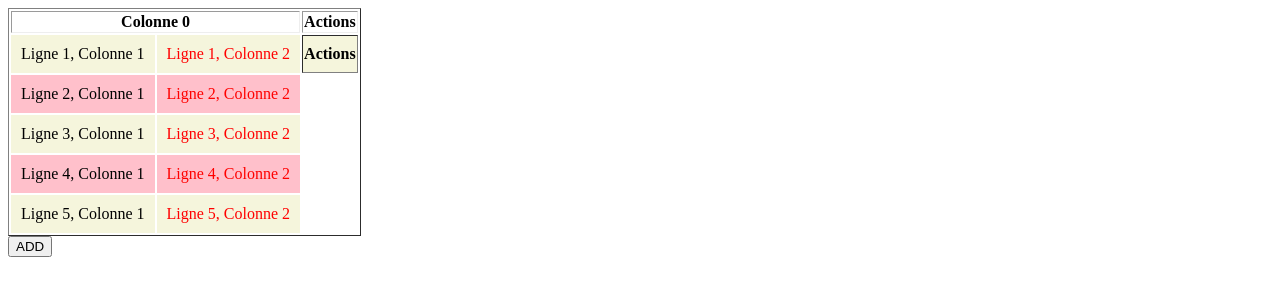
Repository: Chaimaa482/web-tp4
Page: ex1.html
An editor plug-in stored every save of this project. The page is shown before and after a run of saves, followed by the edit.
The browser window is 1280 px wide. The pictures show the whole page.

Above is the page before, as saved 2023-10-29 15:15:57.

### ex1.html
<!DOCTYPE html>
<html>
<style>
</style>
<body>
    <table border="1">
        <tr>
            <th>Colonne 0</th>
            <th>Colonne 0</th>
            <th>Actions</th>
        </tr>
        <tr>
            <td>Ligne 1, Colonne 1</td>
            <td>Ligne 1, Colonne 2</td>
            <th>Actions</th>
        </tr>
        <tr>
            <td>Ligne 2, Colonne 1</td>
            <td>Ligne 2, Colonne 2</td>
        </tr>
        <tr>
            <td>Ligne 3, Colonne 1</td>
            <td>Ligne 3, Colonne 2</td>
        </tr>
        <tr>
            <td>Ligne 4, Colonne 1</td>
            <td>Ligne 4, Colonne 2</td>
        </tr>
        <tr>
            <td>Ligne 5, Colonne 1</td>
            <td>Ligne 5, Colonne 2</td>
        </tr>



    </table>
    <button>ADD</button>

    <script>
        var table = document.getElementsByTagName('table');
        var cells = document.getElementsByTagName("td");
        // Donner une couleur de fond rose aux lignes paires et beige aux lignes impaires
        var rows = document.querySelectorAll("tr");
        for (var i = 1; i < rows.length; i++) {
            if (i % 2 === 0) {
                rows[i].style.backgroundColor = "pink";
            } else {
                rows[i].style.backgroundColor = "beige";
            }
        }

        // Donner une classe col1 aux colonnes paires et col2 aux colonnes impaires
        for (var i = 0; i < cells.length; i++) {
            if (i % 2 === 0) {
                cells[i].style.color= 'black';
            } else {
                cells[i].style.color= 'red';
            }
        }
        //fusionner la premiere line
        var row = document.querySelector('table tr:first-child');
        row.cells[0].colSpan=2;
        row.removeChild(row.cells[1]);


        //delete bordure
        rows[0].style.border = "none";
        for (var i = 0; i < cells.length; i++) {
            cells[i].style.border = "none";
            cells[i].style.padding='10px'
        }

        //making the table cells editable on click
        for (var i = 0; i < cells.length; i++) {
        cells[i].addEventListener("click", function() {
        var cellText = this.innerText;
        this.innerHTML = "<input type='text' value='" + cellText + "'>";
        var input = this.querySelector("input");
        input.focus();
        input.addEventListener("blur", function() {
            cellText = this.value;
            this.parentNode.innerText = cellText;
        });
         }); }

         //add row
         var addButton = document.querySelector('button');
         addButton.addEventListener('click', function() {
          var newRow = document.createElement('tr');
          newRow.innerHTML = "<td><input type='text' value=''></td><td><input type='text' value=''></td><td></td>";
          document.querySelector('table').appendChild(newRow);
          });

          //delete button





    </script>
</body>
</html>

After the next 2 saves:
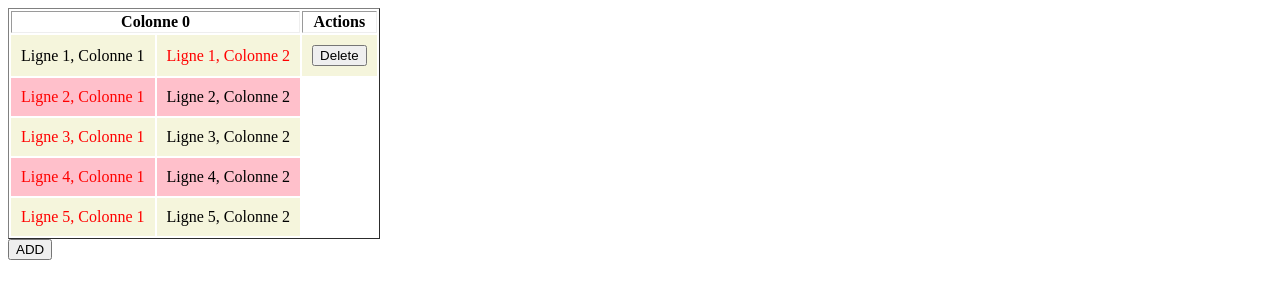
The 2 saves are shown as one change because they came seconds apart.
The last was saved 10 s later.
--- a/ex1.html
+++ b/ex1.html
@@ -12,7 +12,7 @@
         <tr>
             <td>Ligne 1, Colonne 1</td>
             <td>Ligne 1, Colonne 2</td>
-            <th>Actions</th>
+            <td><button>Delete</button></td>
         </tr>
         <tr>
             <td>Ligne 2, Colonne 1</td>
